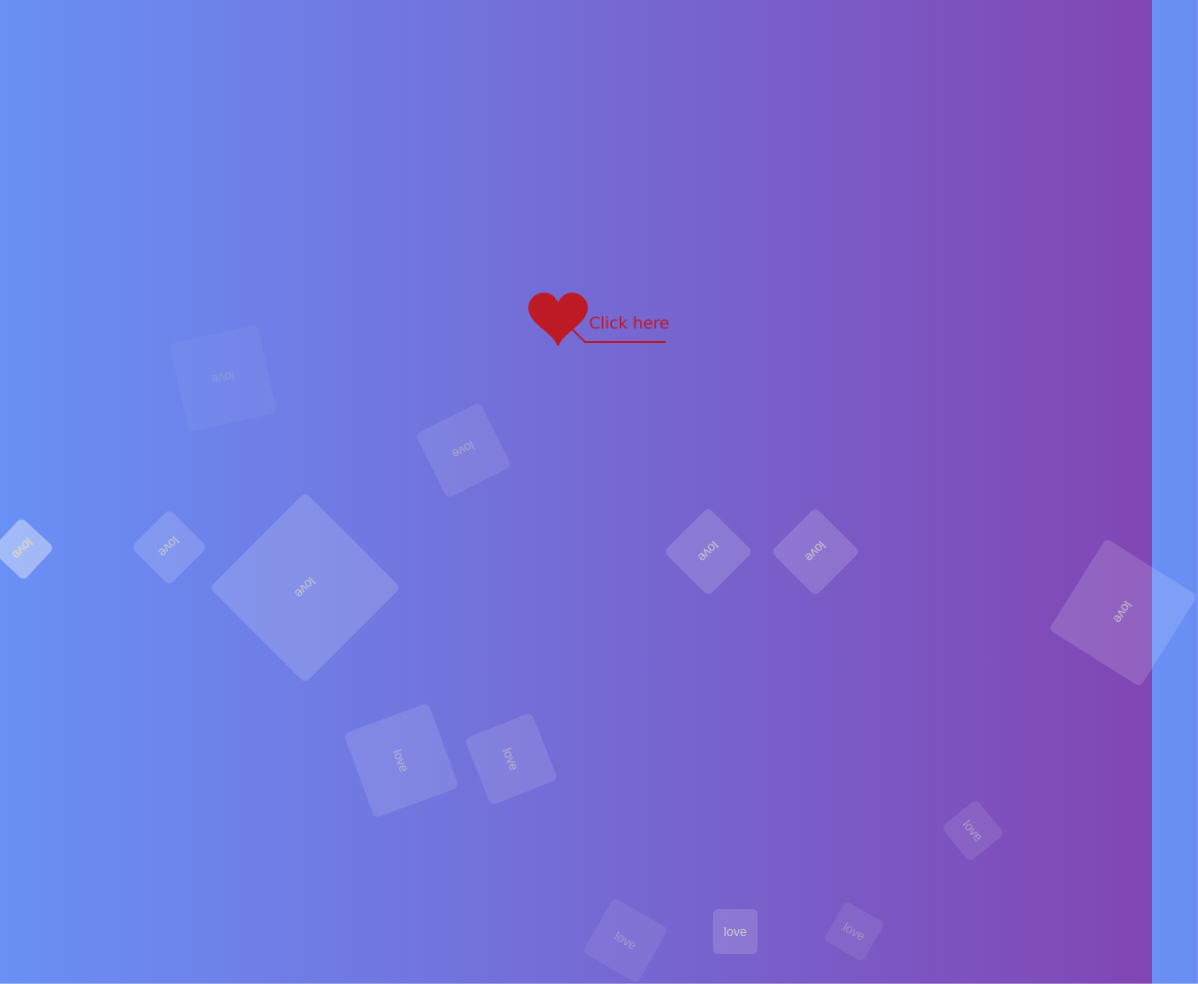
Repository: ddshiyu/qiongqiong
Page: index.html
An editor plug-in stored every save of this project. The page is shown before and after a run of saves, followed by the edit.
The browser window is 1280 px wide. The page is 1331 px wide, so the pictures cover 1331 px, including what lies to the right of the window. The pictures show the whole page, at 90% of full size.

Above is the page before, as saved 2019-12-31 19:16:02.

After the next 3 saves:
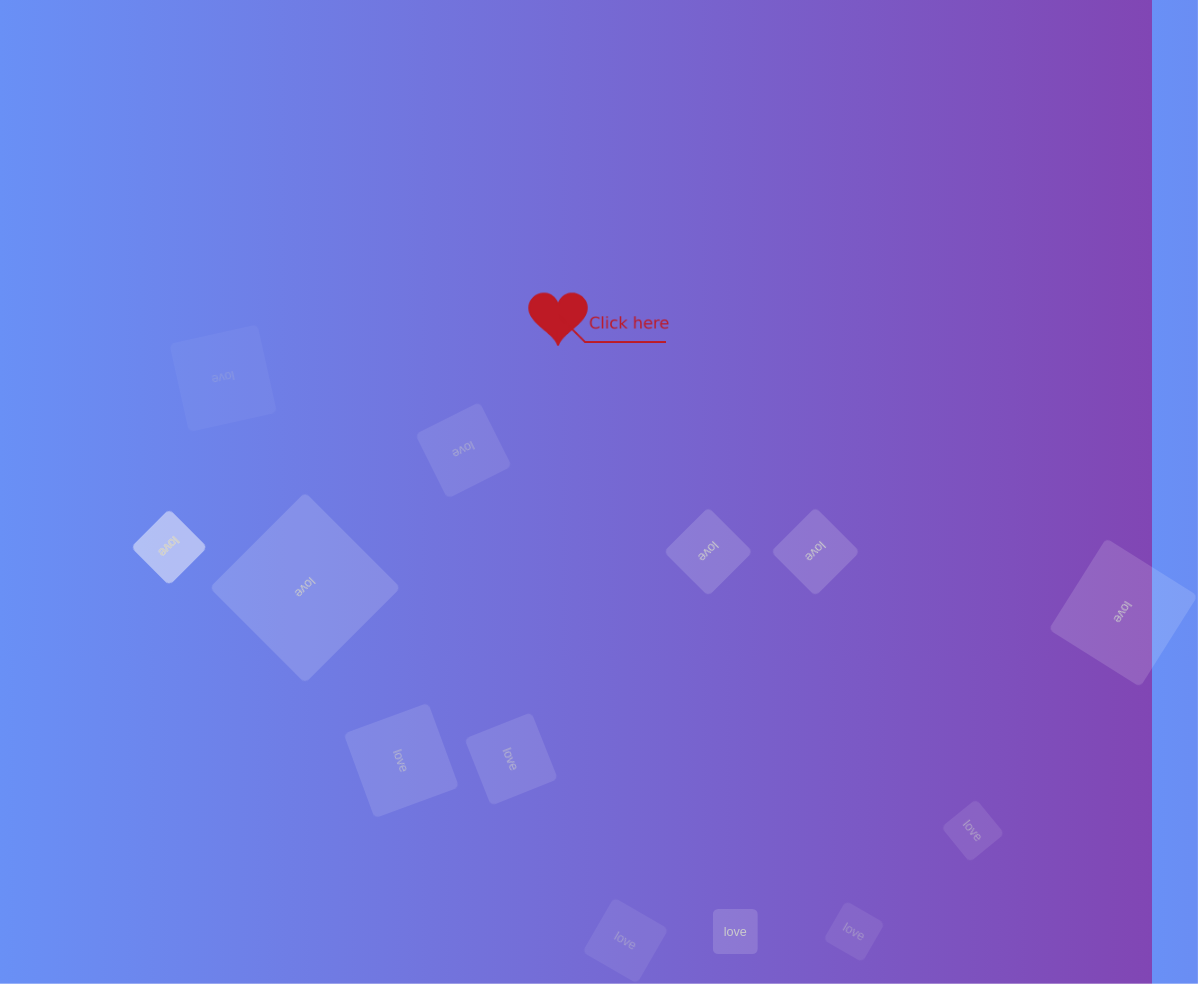
The 3 saves are shown as one change because they came seconds apart.
The last was saved 9 s later.
--- a/index.css
+++ b/index.css
@@ -98,19 +98,19 @@ body{
     width:60px;
     left:12%;
 }
-.ball-box li:nth-child(13){
+.ball-box li:nth-child(14){
     height:60px;
     animation-duration:10s;
     width:60px;
     left:12%;
 }
-.ball-box li:nth-child(13){
+.ball-box li:nth-child(15){
     height:60px;
     animation-duration:10s;
     width:60px;
     left:12%;
 }
-.ball-box li:nth-child(13){
+.ball-box li:nth-child(16){
     height:60px;
     animation-duration:10s;
     width:60px;
